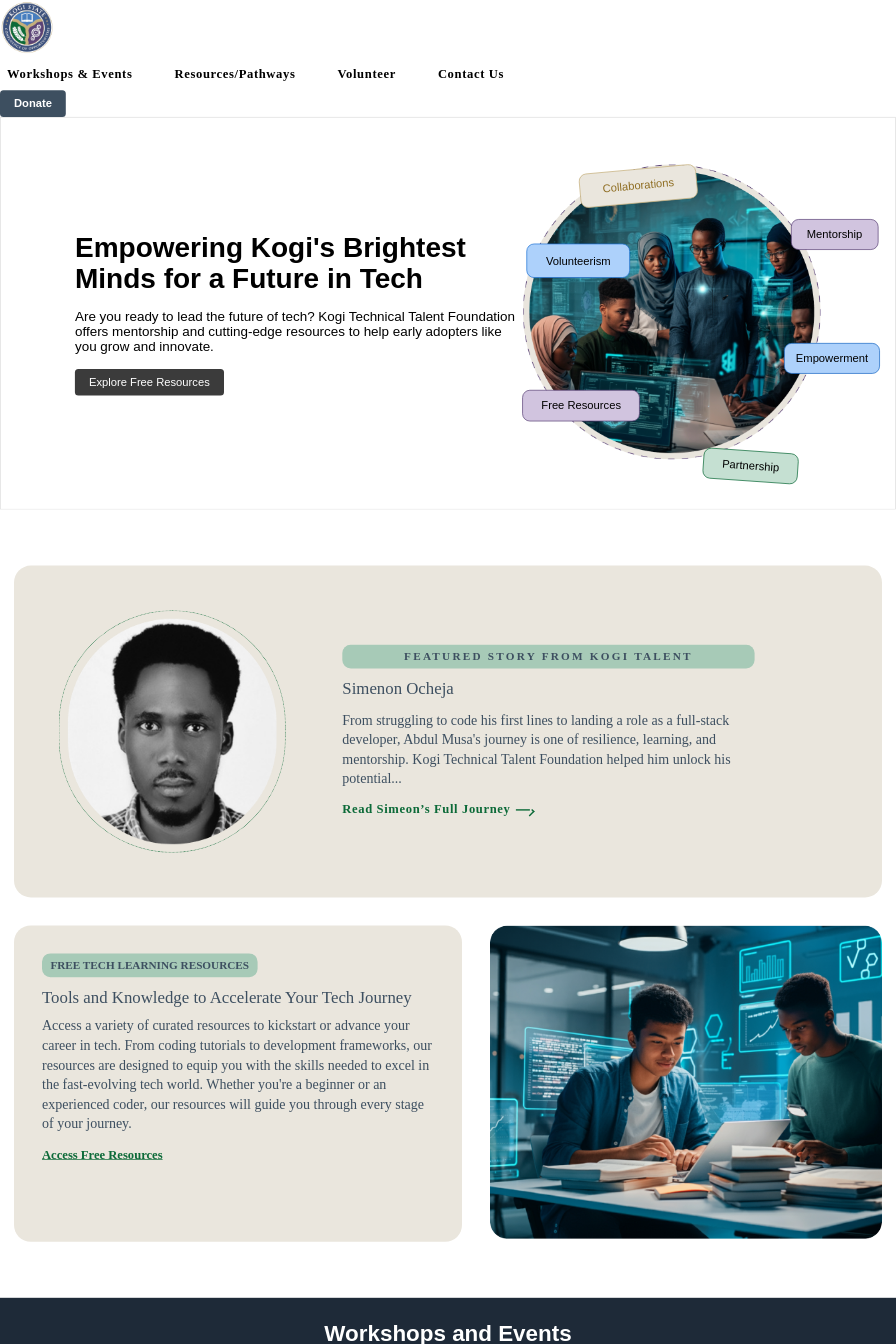
Repository: Cryptim/3MTT-Kogi-Foundation
Page: index.html
These files come from the project's save history. The page is drawn as it stood at one moment and after the next save; the edit follows.
The browser window is 1280 px wide. The pictures show the part of the page from y = 0 to 1920 px (the page is 3547 px tall before and 3494 px after), at 70% of full size.

Above is the page before, as saved 2024-11-04 03:00:38.

### index.html
<!DOCTYPE html>
<html lang="en">
  <head>
    <meta charset="UTF-8" />
    <meta name="viewport" content="width=device-width, initial-scale=1.0" />
    <title>Three Million Technical Talent Foundation</title>
    <link rel="stylesheet" href="stlyes/style.css" />
  </head>
  <body>
    <header class="header">
      <div class="logo">
        <img src="assets/images/logo.png" alt="Foundation Logo" />
      </div>
      <nav class="nav">
        <a href="#">Workshops & Events</a>
        <a href="#">Resources/Pathways</a>
        <a href="#">Volunteer</a>
        <a href="#">Contact Us</a>
      </nav>
      <div class="donate-button">
        <button>Donate</button>
      </div>
    </header>
    <div class="hero-section">
      <div class="text-container">
        <h1>Empowering Kogi's Brightest Minds for a Future in Tech</h1>
        <p>
          Are you ready to lead the future of tech? Kogi Technical Talent
          Foundation offers mentorship and cutting-edge resources to help early
          adopters like you grow and innovate.
        </p>
        <button>Explore Free Resources</button>
      </div>
      <div class="image-container">
        <img
          src="assets/images/Frame 5.png"
          alt="Team working with technology"
        />
        <div class="tag tag-collaborations">Collaborations</div>
        <div class="tag tag-volunteerism">Volunteerism</div>
        <div class="tag tag-mentorship">Mentorship</div>
        <div class="tag tag-empowerment">Empowerment</div>
        <div class="tag tag-free-resources">Free Resources</div>
        <div class="tag tag-partnership">Partnership</div>
      </div>
    </div>
    <div
      style="
        display: flex;
        flex-direction: column;
        gap: 40px;
        padding: 80px 20px;
        background-color: #fff;
      "
    >
      <!-- Featured Story Section -->
      <div
        style="
          width: 100%;
          padding: 64px;
          background: #eae6dd;
          border-radius: 24px;
          display: flex;
          align-items: center;
          gap: 81px;
        "
      >
        <div
          style="
            height: 346px;
            padding: 12px;
            border-radius: 500px;
            border: 1px #0c6a38 dotted;
            display: flex;
            align-items: center;
          "
        >
          <img
            style="
              color: #3d4f60;
              font-size: 16px;
              font-family: Cascadia Code;
              font-weight: 600;
              text-transform: uppercase;
              line-height: 28px;
              letter-spacing: 3.2px;
              word-wrap: break-word;
            "
            src="assets/images/Simeon ocheja 1.png"
            alt="Simenon Ocheja"
          />
        </div>
        <div
          style="width: 589px; display: flex; flex-direction: column; gap: 16px"
        >
          <div
            style="
              padding: 8px 12px;
              background: #a7cab7;
              border-radius: 12px;
              text-align: center;
            "
          >
            <span
              style="
                color: #3d4f60;
                font-size: 16px;
                font-family: Cascadia Code;
                font-weight: 600;
                text-transform: uppercase;
                letter-spacing: 3.2px;
              "
              >Featured Story from Kogi talent</span
            >
          </div>
          <h2
            style="
              color: #3d4f60;
              font-size: 24px;
              font-family: Cascadia Code;
              font-weight: 400;
            "
          >
            Simenon Ocheja
          </h2>
          <p
            style="
              width: 100%;
              color: #3d4f60;
              font-size: 20px;
              font-family: Cascadia Code;
              font-weight: 300;
              line-height: 28px;
              word-wrap: break-word;
            "
          >
            From struggling to code his first lines to landing a role as a
            full-stack developer, Abdul Musa's journey is one of resilience,
            learning, and mentorship. Kogi Technical Talent Foundation helped
            him unlock his potential...
          </p>
          <div style="display: flex; align-items: center; gap: 8px">
            <span
              style="
                color: #0c6a38;
                font-size: 18px;
                font-family: Cascadia Code;
                font-weight: 700;
                line-height: 27.2px;
                letter-spacing: 0.9px;
                word-wrap: break-word;
              "
              >Read Simeon’s Full Journey</span
            >
            <div style="width: 24px; height: 24px; position: relative">
              <div
                style="
                  width: 20px;
                  height: 0;
                  position: absolute;
                  border-top: 2.5px solid #0c6a38;
                  top: 50%;
                  left: 0;
                "
              ></div>
              <div
                style="
                  width: 5px;
                  height: 10px;
                  position: absolute;
                  border-right: 2.5px solid #0c6a38;
                  border-top: 2.5px solid #0c6a38;
                  top: 50%;
                  right: 0;
                  transform: rotate(45deg);
                "
              ></div>
            </div>
          </div>
        </div>
      </div>

      <!-- Free Tech Learning Resources Section -->
      <div style="display: flex; gap: 40px">
        <div
          style="
            flex: 1;
            padding: 40px;
            background: #eae6dd;
            border-radius: 24px;
          "
        >
          <div
            style="
              padding: 8px 12px;
              background: #a7cab7;
              border-radius: 12px;
              display: inline-block;
            "
          >
            <span
              style="
                color: #3d4f60;
                font-size: 16px;
                font-family: Cascadia Code;
                font-weight: 600;
                text-transform: uppercase;
              "
              >Free Tech Learning Resources</span
            >
          </div>
          <h3
            style="
              color: #3d4f60;
              font-size: 24px;
              font-family: Cascadia Code;
              font-weight: 400;
              margin-top: 16px;
            "
          >
            Tools and Knowledge to Accelerate Your Tech Journey
          </h3>
          <p
            style="
              color: #3d4f60;
              font-size: 20px;
              font-family: Cascadia Code;
              font-weight: 300;
              line-height: 1.4;
              margin-top: 12px;
            "
          >
            Access a variety of curated resources to kickstart or advance your
            career in tech. From coding tutorials to development frameworks, our
            resources are designed to equip you with the skills needed to excel
            in the fast-evolving tech world. Whether you're a beginner or an
            experienced coder, our resources will guide you through every stage
            of your journey.
          </p>
          <a
            href="#"
            style="
              color: #0c6a38;
              font-size: 18px;
              font-family: Cascadia Code;
              font-weight: 700;
              display: inline-block;
              margin-top: 20px;
            "
            >Access Free Resources</a
          >
        </div>
        <div style="flex: 1">
          <img
            style="width: 100%; border-radius: 24px"
            src="assets/images/Resources image 1.png"
            alt="Tech Journey"
          />
        </div>
      </div>
    </div>
    <!-- workshop section -->
    <section class="workshops-section">
      <h2>Workshops and Events</h2>
      <div class="workshops-container">
        <div class="workshop-card">
          <div class="icon">
            <img
              src="assets/images/computer-phone-sync.svg"
              alt="Digital Literacy Icon"
            />
          </div>
          <h3>Digital Literacy Essentials</h3>
          <p>
            This foundational workshop is designed to equip participants with
            the essential skills needed to navigate the digital world
            confidently.
          </p>
          <button>Start Learning</button>
        </div>
        <div class="workshop-card">
          <div class="icon">
            <img
              src="assets/images/computer-programming-01.svg"
              alt="Networking Icon"
            />
          </div>
          <h3>Tech Networking Night</h3>
          <p>
            Expand your professional network at our Tech Networking Night! Meet
            industry leaders, fellow tech enthusiasts, and potential mentors in
            an informal setting.
          </p>
          <button>Save Your Spot</button>
        </div>
        <div class="workshop-card">
          <div class="icon">
            <img
              src="assets/images/computer-video-call.svg"
              alt="Marketing Icon"
            />
          </div>
          <h3>Digital Marketing Masterclass</h3>
          <p>
            This workshop covers SEO, social media strategies, and content
            creation techniques to help participants promote their skills and
            projects online.
          </p>
          <button>Join the Masterclass</button>
        </div>
      </div>
    </section>
    <!--  Event section-->
    <section class="events-section">
      <h2>Upcoming Events</h2>
      <div class="events-container">
        <div class="event-card">
          <img
            src="assets/images/cloud-african 1.png"
            alt="Cloud Computing Workshop"
          />
          <h3>Getting Started with Cloud Computing: A Beginner's Guide</h3>
          <p>
            This introductory workshop will guide you through the fundamentals
            of cloud computing.
          </p>
          <div class="event-info">
            <span class="event-date"
              ><img
                src="assets/images/calendar-01.svg"
                alt="Calendar Icon"
                class="icon"
              />
              December 5, 2024</span
            >
            <span class="event-time"
              ><img
                src="assets/images/alarm-clock.svg"
                alt="Clock Icon"
                class="icon"
              />
              10:00 AM - 12:00 PM</span
            >
          </div>
        </div>
        <div class="event-card">
          <img
            src="assets/images/digital marketing.png"
            alt="Social Media for Entrepreneurs"
          />
          <h3>Mastering Social Media for Digital Entrepreneurs</h3>
          <p>
            Discover content creation strategies, audience engagement
            techniques, and more.
          </p>
          <div class="event-info">
            <span class="event-date"
              ><img
                src="assets/images/calendar-01.svg"
                alt="Calendar Icon"
                class="icon"
              />
              December 5, 2024</span
            >
            <span class="event-time"
              ><img
                src="assets/images/alarm-clock.svg"
                alt="Clock Icon"
                class="icon"
              />
              10:00 AM - 12:00 PM</span
            >
          </div>
        </div>
        <div class="event-card">
          <img
            src="assets/images/python.png"
            alt="Python Programming Workshop"
          />
          <h3>Intro to Python Programming: Building Your First App</h3>
          <p>
            This online workshop is perfect for beginners looking to learn
            Python programming.
          </p>
          <div class="event-info">
            <span class="event-date"
              ><img
                src="assets/images/calendar-01.svg"
                alt="Calendar Icon"
                class="icon"
              />
              December 5, 2024</span
            >
            <span class="event-time"
              ><img
                src="assets/images/alarm-clock.svg"
                alt="Clock Icon"
                class="icon"
              />
              10:00 AM - 12:00 PM</span
            >
          </div>
        </div>
      </div>
    </section>
    <!-- Mentor section -->
    <section class="mentors-section">
      <h2>Meet Our Mentors and Contributors</h2>
      <p>
        Meet Our MAt the heart of the Kogi Technical Talent Foundation is a
        dedicated team of mentors and contributors who are passionate about
        sharing their knowledge and expertise. Our mentors come from diverse
        backgrounds in technology, entrepreneurship, and innovation, providing
        invaluable guidance to help you navigate your career journey. Whether
        you're looking to enhance your coding skills, explore new fields like
        digital marketing, or get advice on launching your own tech startup, our
        mentors are here to support you.
      </p>
      <a href="#" class="explore-link">Explore Our Mentor’s Profile →</a>
      <div class="mentors-container">
        <div class="mentor-card">
          <img src="assets/images/Frame 19.png" alt="Omachoko Arome" />
          <h3>Omachoko Arome</h3>
        </div>
        <div class="mentor-card">
          <img src="assets/images/Frame 20.png" alt="Marian Musa" />
          <h3>Marian Musa</h3>
        </div>
        <div class="mentor-card">
          <img src="assets/images/Frame 21.png" alt="Ismaila Omeiza" />
          <h3>Ismaila Omeiza</h3>
        </div>
        <div class="mentor-card">
          <img src="assets/images/Frame 22.png" alt="Timothy Ignatius" />
          <h3>Timothy Ignatius</h3>
        </div>
      </div>
    </section>
  </body>
</html>

### stlyes/style.css
* {
  margin: 0;
  padding: 0;
  box-sizing: border-box;
}

body {
  font-family: Arial, sans-serif;
}

.header {
  width: 1512;
  padding-left: 180;
  padding-right: 180;
  padding-top: 16;
  padding-bottom: 16;
  left: 0;
  top: 0;
  position: "absolute";
  justify-content: "flex-start";
  align-items: "center";
  gap: 66;
  display: "inline-flex";
}

.logo img {
  width: 78px; /* Adjust size as needed */
  height: 78px;
}

.nav {
  justify-content: flex-start;
  align-items: center;
  gap: 40px;
  display: flex;
}

.nav a {
  padding: 10px;
  justify-content: center;
  align-items: center;
  gap: 10px;
  display: flex;
  transition: color 0.3s;
  font-size: 18px;
  text-decoration: none;
  color: black;
  font-size: 18px;
  font-family: Cascadia Code;
  font-weight: 700;
  line-height: 27.2px;
  letter-spacing: 0.9px;
  word-wrap: break-word;
}

.nav a:hover {
  color: #007bff;
}

.donate-button {
  margin-right: 180px; /* Adds space to the right of the button */
}

.donate-button button {
  padding: 10px 20px;
  background-color: #3d4f60;
  color: #fff;
  border: none;
  border-radius: 5px;
  cursor: pointer;
  font-weight: bold;
  transition: background-color 0.3s;
}

.donate-button button:hover {
  background-color: #007bff;
}

/* Responsive adjustments */
@media (max-width: 768px) {
  .header {
    flex-direction: column;
    align-items: center;
  }

  .logo,
  .donate-button {
    margin: 0; /* Remove margins for smaller screens */
  }

  .nav {
    flex-direction: column;
    gap: 10px;
  }
}

/* section one */
.hero-section {
  display: flex;
  align-items: center;
  /* padding: 50px; */
  background-color: #fff;
  border: 1px solid #ddd;
  height: 560.85px;
  justify-content: center;
  align-items: center;
}

.text-container {
  max-width: 50%;
}

.text-container h1 {
  font-size: 2.5em;
  font-weight: bold;
  margin-bottom: 20px;
}

.text-container p {
  font-size: 1.2em;
  margin-bottom: 20px;
}

.text-container button {
  padding: 10px 20px;
  background-color: #3b3b3b;
  color: #fff;
  border: none;
  border-radius: 5px;
  cursor: pointer;
  font-size: 1em;
}

.image-container {
  position: relative;
  max-width: 560.85px;
}

.image-container img {
  width: 100%;
  height: 423.01px;
  border-radius: 283.9px;
}

.tag {
  /* position: absolute;
  padding: 5px 10px;
  font-size: 18.26px;
  background-color: #f0f0f0;
  border-radius: 10.95px;
  font-weight: 300;
  width: 168.26px;
  text-align: center;
  height: 48.73px;
  justify-content: center;
  align-items: center;
  align-self: center; */
}

.tag-collaborations {
  width: 168.26px;
  height: 48.73px;
  padding: 9.13px;
  left: 80.33px;
  top: 15.28px;
  color: #8f6e23;
  position: absolute;
  transform: rotate(-5.21deg);
  transform-origin: 0 0;
  background: #eae6dd;
  border-radius: 10.95px;
  border: 0.5px #c6af7b solid;
  justify-content: center;
  align-items: center;
  gap: 9.13px;
  display: inline-flex;
}

.tag-volunteerism {
  width: 147.26px;
  height: 48.73px;
  padding: 9.13px;
  left: 6.39px;
  top: 114.11px;
  position: absolute;
  background: #add1fb;
  border-radius: 10.95px;
  border: 0.5px #1d71d5 solid;
  justify-content: center;
  align-items: center;
  gap: 9.13px;
  display: inline-flex;
}

.tag-mentorship {
  width: 125.26px;
  height: 44.26px;
  padding: 9.13px;
  left: 383.42px;
  top: 78.51px;
  position: absolute;
  background: #d1c4df;
  border-radius: 10.95px;
  border: 0.5px #5b4377 solid;
  justify-content: center;
  align-items: center;
  gap: 9.13px;
  display: inline-flex;
}

.tag-empowerment {
  width: 136.26px;
  height: 44.26px;
  padding: 9.13px;
  left: 374.29px;
  top: 255.61px;
  position: absolute;
  background: #add1fb;
  border-radius: 10.95px;
  border: 0.5px #1967c3 solid;
  justify-content: center;
  align-items: center;
  gap: 9.13px;
  display: inline-flex;
}

.tag-free-resources {
  width: 168.26px;
  height: 44.26px;
  padding: 9.13px;
  left: 0px;
  top: 323.17px;
  position: absolute;
  background: #d1c4df;
  border-radius: 10.95px;
  border: 0.5px #5b4377 solid;
  justify-content: center;
  align-items: center;
  gap: 9.13px;
  display: inline-flex;
}

.tag-partnership {
  width: 136.26px;
  height: 44.26px;
  padding: 9.13px;
  left: 259.61px;
  top: 405.33px;
  position: absolute;
  transform: rotate(4deg);
  transform-origin: 0 0;
  background: #c5e0d2;
  border-radius: 10.95px;
  border: 0.5px #0c6a38 solid;
  justify-content: center;
  align-items: center;
  gap: 9.13px;
  display: inline-flex;
}

/* workshop section */
.workshops-section {
  padding: 2rem;
  text-align: center;
  background-color: #1e2a38;
  color: #fff;
}

.workshops-section h2 {
  font-size: 2rem;
  margin-bottom: 1.5rem;
}

.workshops-container {
  display: flex;
  flex-wrap: wrap;
  justify-content: center;
  gap: 1.5rem;
}

.workshop-card {
  background-color: #fff;
  color: #333;
  border-radius: 8px;
  box-shadow: 0 4px 8px rgba(0, 0, 0, 0.1);
  width: 100%;
  max-width: 300px;
  padding: 1.5rem;
  text-align: left;
  transition: transform 0.3s;
}

.workshop-card:hover {
  transform: translateY(-5px);
}

.icon {
  font-size: 2rem;
  margin-bottom: 1rem;
}

.workshop-card h3 {
  font-size: 1.25rem;
  margin-bottom: 0.75rem;
}

.workshop-card p {
  font-size: 0.95rem;
  margin-bottom: 1.5rem;
}

button {
  background-color: #007bff;
  color: #fff;
  padding: 0.5rem 1rem;
  border: none;
  border-radius: 5px;
  font-size: 1rem;
  cursor: pointer;
  transition: background-color 0.3s;
}

button:hover {
  background-color: #0056b3;
}

/* Responsive Design */
@media (max-width: 768px) {
  .workshops-container {
    flex-direction: column;
    align-items: center;
  }
}

/* event section*/
.events-section {
  padding: 2rem;
  text-align: center;
  background-color: #fff;
}

.events-section h2 {
  font-size: 2rem;
  margin-bottom: 1.5rem;
}

.events-container {
  display: flex;
  flex-wrap: wrap;
  justify-content: center;
  gap: 1.5rem;
}

.event-card {
  background-color: #ffffff;
  border-radius: 8px;
  box-shadow: 0 4px 8px rgba(0, 0, 0, 0.1);
  width: 100%;
  max-width: 300px;
  text-align: left;
  overflow: hidden;
  transition: transform 0.3s;
}

.event-card:hover {
  transform: translateY(-5px);
}

.event-card img {
  width: 100%;
  height: auto;
  /* border-bottom: 2px solid #ddd; */
}

.event-card h3 {
  font-size: 1.25rem;
  margin: 1rem 1rem 0.5rem;
  color: #1e2a38;
}

.event-card p {
  font-size: 0.95rem;
  margin: 0.5rem 1rem 1rem;
  color: #555;
}

.event-info {
  display: flex;
  justify-content: space-between;
  padding: 1rem;
  /* border-top: 1px solid #ddd; */
  font-size: 0.9rem;
  color: #777;
}

.event-date,
.event-time {
  display: flex;
  align-items: center;
  gap: 0.25rem;
}

.event-info .icon {
  width: 24px; /* Set the icon width */
  height: 24px; /* Set the icon height */
  margin-right: 5px; /* Space between icon and text */
  vertical-align: middle; /* Aligns icon with text */
}
/* Responsive Design */
@media (max-width: 768px) {
  .events-container {
    flex-direction: column;
    align-items: center;
  }
}
/* Mentor section */
.mentors-section {
  max-width: 1000px;
  margin: 0 auto;
  padding: 2rem;
  background-color: #2b3a42;
}

.mentors-content {
  display: flex;
  gap: 2rem;
  align-items: flex-start;
}

.mentors-text {
  flex: 1;
}

.mentors-section h2 {
  font-size: 2rem;
  margin-bottom: 1rem;
  color: #dbe0e4;
  font-weight: bold;
}

.mentors-section p {
  font-size: 1rem;
  line-height: 1.6;
  margin-bottom: 1.5rem;
  color: #dbe0e4;
}

.explore-link {
  display: inline-block;
  margin-top: 1rem;
  font-size: 1rem;
  color: #ffd85f; /* Yellow color for link */
  text-decoration: none;
  font-weight: bold;
}

.mentors-container {
  display: grid;
  grid-template-columns: 1fr 1fr;
  gap: 1.5rem;
  flex: 1;
}

.mentor-card {
  background-color: #d7e7f0;
  border-radius: 12px;
  padding: 1rem;
  text-align: center;
  transition: transform 0.3s;
  color: #2b3a42; /* Dark text color */
}

.mentor-card:hover {
  transform: scale(1.05);
}

.mentor-card img {
  width: 80px;
  height: 80px;
  border-radius: 50%;
  object-fit: cover;
  margin-bottom: 0.5rem;
}

.mentor-card h3 {
  font-size: 1rem;
  color: #2b3a42;
  margin-top: 0.5rem;
  padding: 0.3rem 0.6rem;
  border-radius: 5px;
  background-color: rgba(255, 255, 255, 0.8); /* Slight background for text */
}

/* Responsive styling for smaller screens */
@media (max-width: 768px) {
  .mentors-content {
    flex-direction: column;
  }

  .mentors-container {
    grid-template-columns: 1fr;
  }
}

@media (max-width: 480px) {
  .mentor-card img {
    width: 70px;
    height: 70px;
  }

  .mentors-section h2 {
    font-size: 1.5rem;
  }

  .mentors-section p {
    font-size: 0.85rem;
  }
}

After the next save:
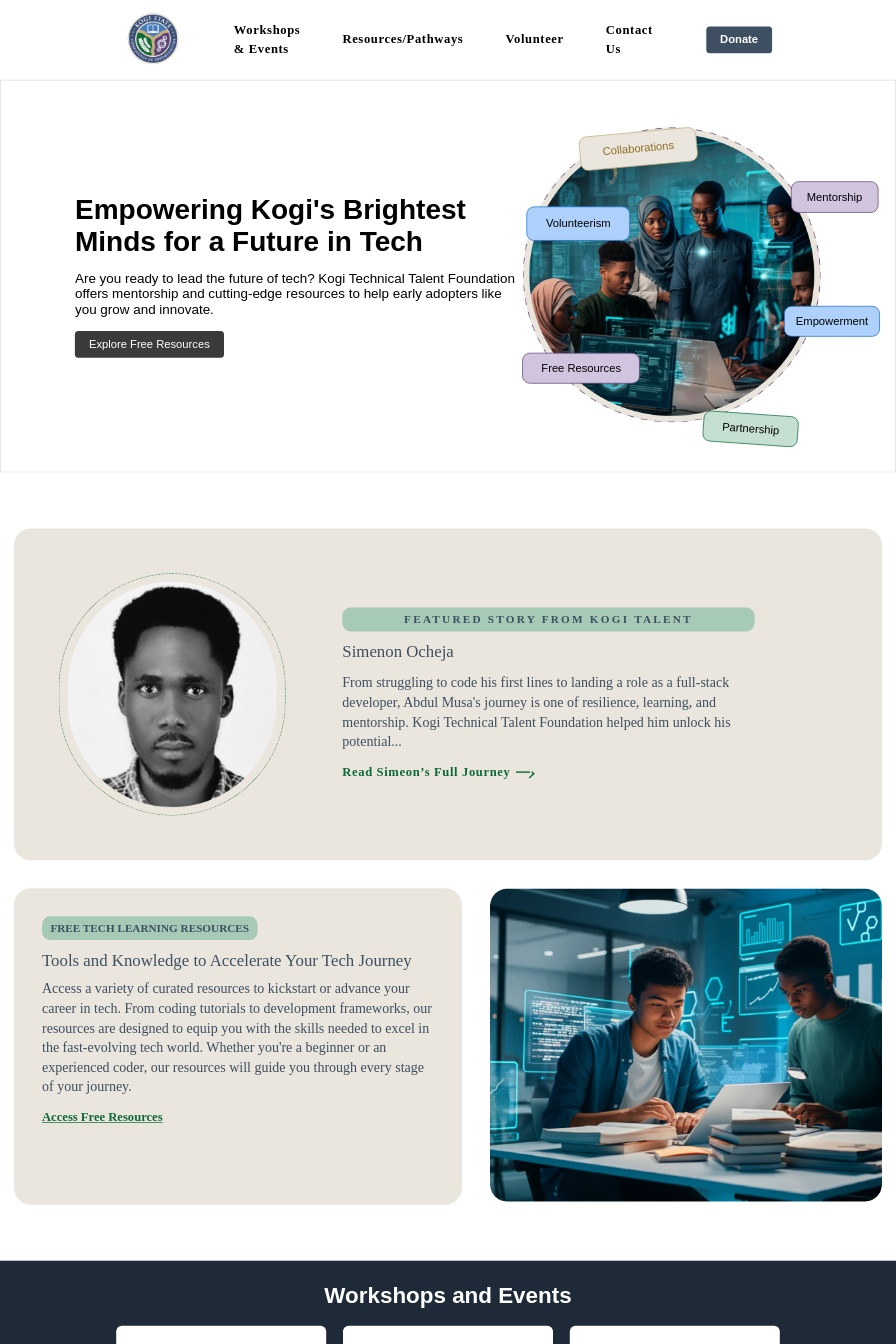
Saved 18 s later.
--- a/stlyes/style.css
+++ b/stlyes/style.css
@@ -9,18 +9,16 @@
 }
 
 .header {
-  width: 1512;
-  padding-left: 180;
-  padding-right: 180;
-  padding-top: 16;
-  padding-bottom: 16;
-  left: 0;
-  top: 0;
-  position: "absolute";
-  justify-content: "flex-start";
-  align-items: "center";
-  gap: 66;
-  display: "inline-flex";
+  width: 100%;
+  height: 100%;
+  padding-left: 180px;
+  padding-right: 180px;
+  padding-top: 16px;
+  padding-bottom: 16px;
+  justify-content: flex-start;
+  align-items: center;
+  gap: 66px;
+  display: inline-flex;
 }
 
 .logo img {
